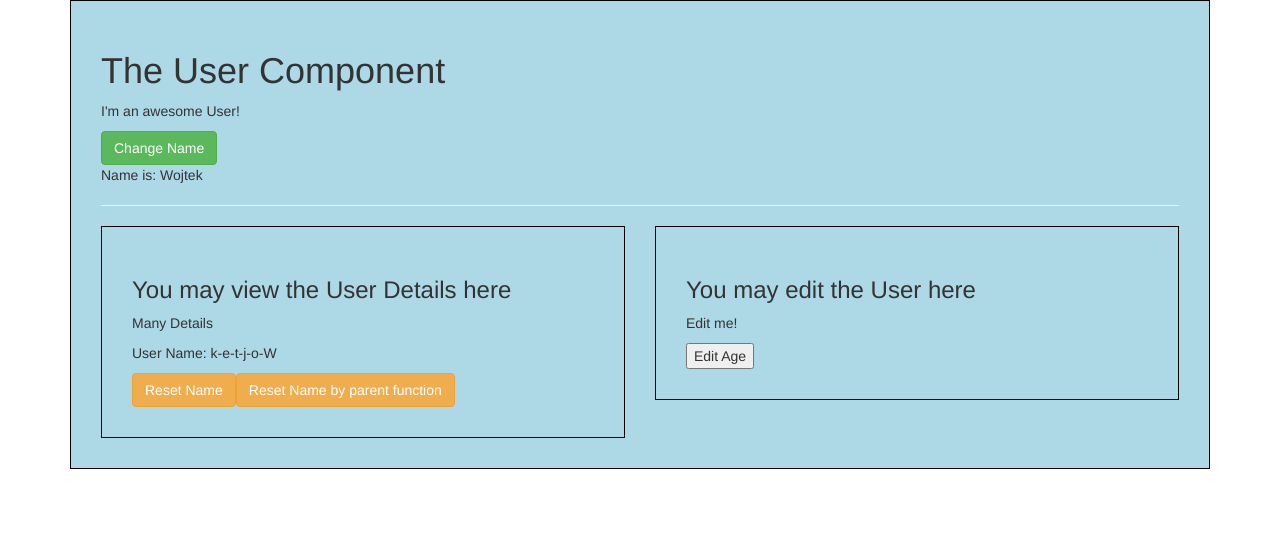
Repository: wojkos/Learn
Page: / (app in Vue/module8/)
An editor plug-in stored every save of this project. The page is shown before and after the next save, followed by the edit.
The browser window is 1280 px wide. The pictures show the whole page.
The project was rebuilt for these pictures with package versions that can differ from the ones it lists, and the page was loaded fresh each time. Also part of the build but not shown: Vue/module8/webpack.config.js.

Above is the page before, as saved 2018-04-25 16:49:58.

After the next save:
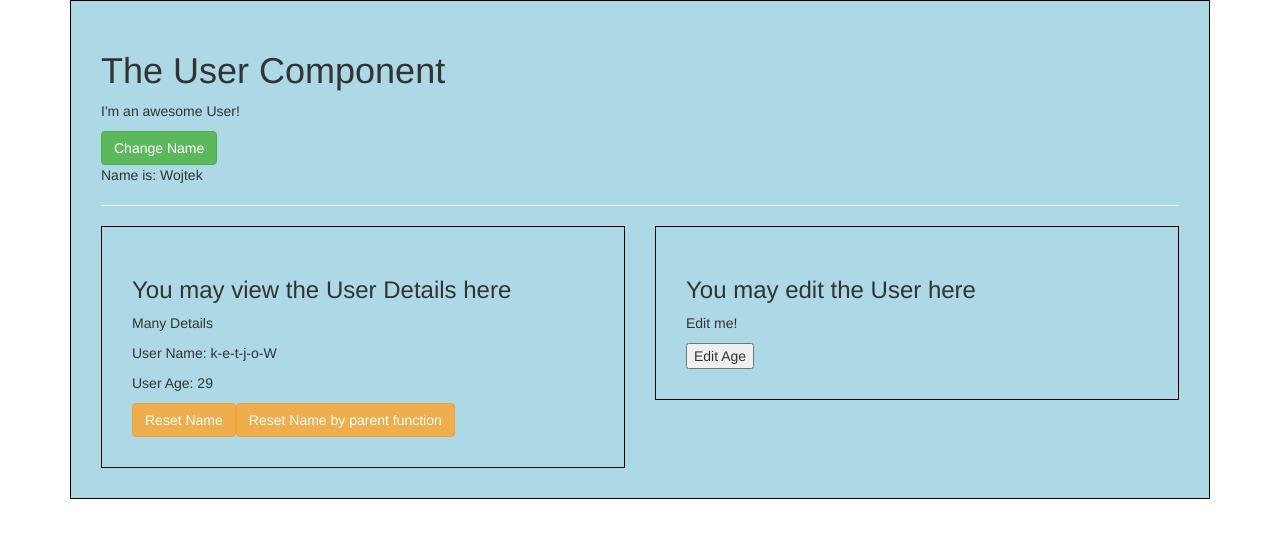
Saved 27 s later.
--- a/Vue/module8/src/components/UserDetail.vue
+++ b/Vue/module8/src/components/UserDetail.vue
@@ -3,6 +3,7 @@
         <h3>You may view the User Details here</h3>
         <p>Many Details</p>
         <p>User Name: {{ switchName() }}</p>
+        <p>User Age: {{ userAge }}</p>
 		<button @click="resetName" class="btn btn-warning">Reset Name</button>
 		<button @click="resetFn" class="btn btn-warning">Reset Name by parent function</button>
     </div>
